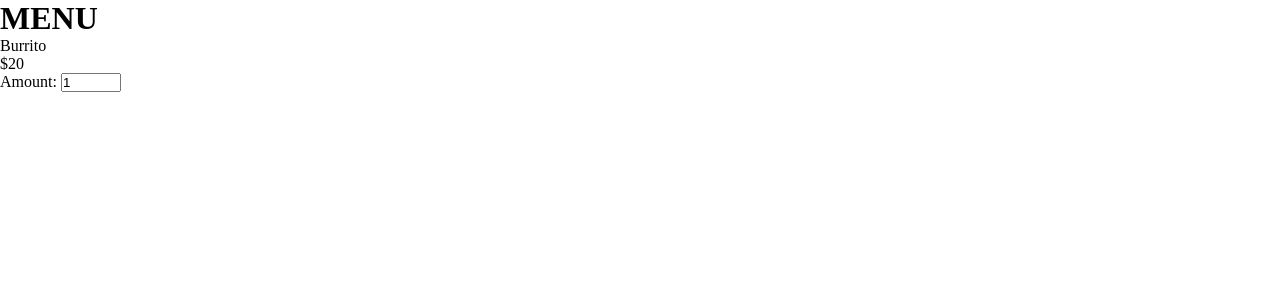
Repository: LamQuocPhu/JungTalent
Page: http://localhost/
An editor plug-in stored every save of this project. The page is shown before and after the next save, followed by the edit.
The browser window is 1280 px wide. The pictures show the whole page.
The page is served by the project's Node server (index.js).

Above is the page before, as saved 2023-10-25 22:55:23.

### views/cart.ejs
<!DOCTYPE html>
<html lang="en">
  <head>
    <meta charset="UTF-8" />
    <meta name="viewport" content="width=device-width, initial-scale=1.0" />
    <title>Document</title>
    <link rel="stylesheet" href="/css/style.css" />
  </head>
  <body>
    <h1>MENU</h1>
    <div class="wrapper">
      <div class="cart-item">
        <div class="item-name">
            <span>Burrito</span>
        </div>
        <div class="item-price">
            <span>$20</span>
        </div>
        <div class="item-amount">
            <span>Amount:</span>
            <input type="number" value="1" min="1" max="100">
        </div>
      </div>
    </div>
  </body>
</html>

### index.js
var express = require('express');
var app = express();
const PORT = process.env.PORT || 3003;
const bodyParser = require("body-parser");
const path = require("path");


app.set("view engine", "ejs");
app.set("views", "./views");
app.use(bodyParser.urlencoded({ extended: true }));
app.use(express.static(path.join(__dirname, 'public')));


app.listen(PORT, () => {
    console.log(`Server start on port ${PORT}`);
})

app.get('/', (req, res) => {
    res.render('cart');
});

### public/css/style.css
* {
    margin: 0;
    padding: 0;
    box-sizing: border-box;
}

.wrapper {
    width: 100%;
    height: auto;
}

.cart-item{
flex
}
.item-name{

}
.item-price{

}
.item-amount{

}

After the next save:
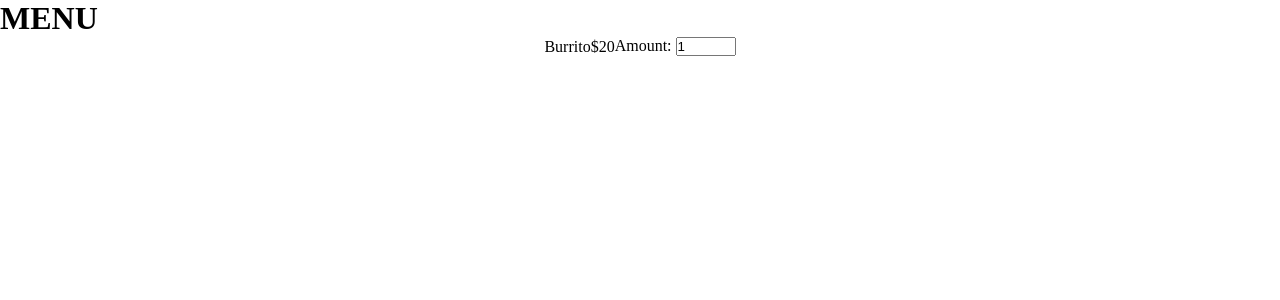
Saved 5 s later.
--- a/public/css/style.css
+++ b/public/css/style.css
@@ -10,7 +10,9 @@
 }
 
 .cart-item{
-flex
+display: flex;
+justify-content: center;
+align-items: center;
 }
 .item-name{
 
